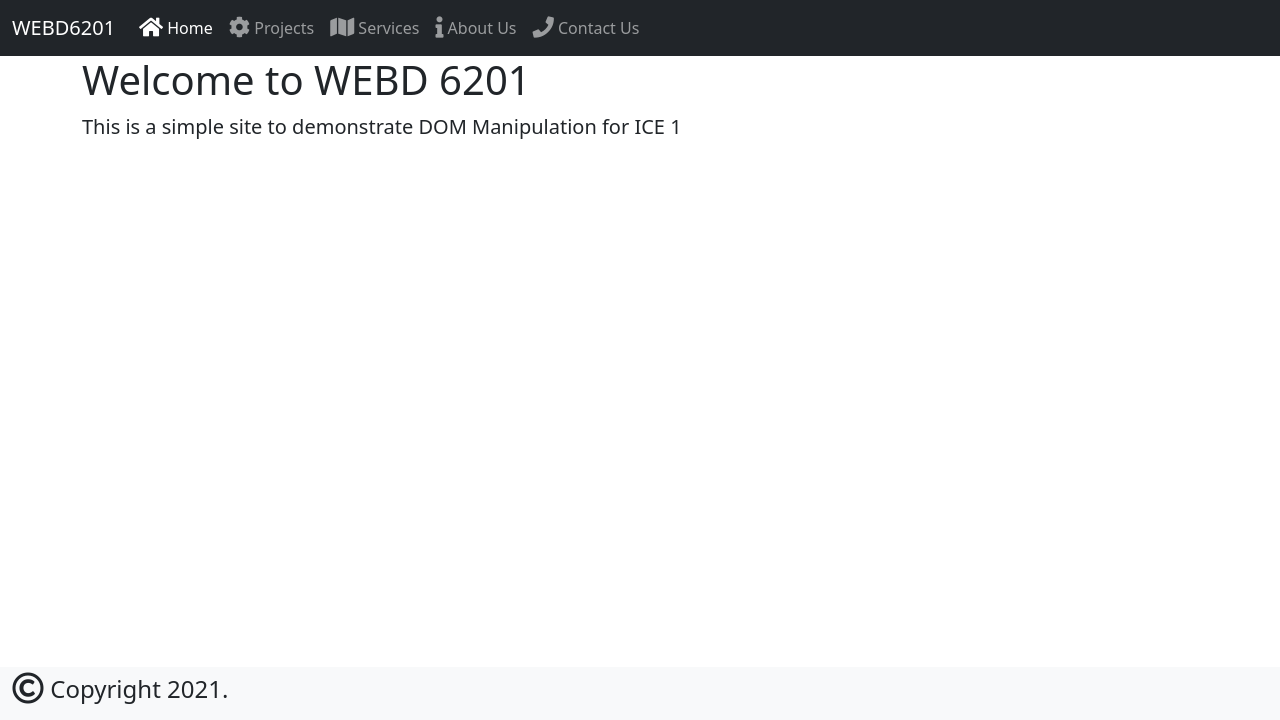
Repository: Sub4Sub/Lab_1
Page: index.html
These files come from the project's save history. The page is drawn as it stood at one moment and after the next save; the edit follows.
The browser window is 1280 px wide. The pictures show the whole page.

Above is the page before, as saved 2021-02-03 18:19:37.

### index.html
<!DOCTYPE html>
<html lang="en">
<head>
    <meta charset="UTF-8">
    <meta name="viewport" content="width=device-width, initial-scale=1.0">
    <title>Home</title>
    <!-- CSS Section -->
    <link rel="stylesheet" href="./node_modules/bootstrap/dist/css/bootstrap.min.css">
    <link rel="stylesheet" href="./node_modules/@fortawesome/fontawesome-free/css/all.min.css">
    <link rel="stylesheet" href="./Content/app.css">
</head>
<body>
    <!-- Main Header -->
    <header>
        <!-- Main Navigation -->
        <nav class="navbar navbar-expand-lg navbar-dark bg-dark">
            <div class="container-fluid">
              <a class="navbar-brand" href="index.html">WEBD6201</a>
              <button class="navbar-toggler" type="button" data-bs-toggle="collapse" data-bs-target="#navbarSupportedContent" aria-controls="navbarSupportedContent" aria-expanded="false" aria-label="Toggle navigation">
                <span class="navbar-toggler-icon"></span>
              </button>
              <div class="collapse navbar-collapse" id="navbarSupportedContent">
                <ul class="navbar-nav me-auto mb-2 mb-lg-0">
                  <li class="nav-item">
                    <a class="nav-link active" aria-current="page" href="index.html"><i class="fas fa-home fa-lg"></i> Home</a>
                  </li>

                  <li class="nav-item">
                    <a class="nav-link" aria-current="page" href="projects.html"><i class="fas fa-cog fa-lg"></i> Projects</a>
                  </li>

                  <li class="nav-item">
                    <a class="nav-link" aria-current="page" href="services.html"><i class="fas fa-map fa-lg"></i> Services</a>
                  </li>

                  <li class="nav-item">
                    <a class="nav-link" aria-current="page" href="about.html"><i class="fas fa-info fa-lg"></i> About Us</a>
                  </li>

                  <li class="nav-item">
                    <a class="nav-link" aria-current="page" href="contact.html"><i class="fas fa-phone fa-lg"></i> Contact Us</a>
                  </li>
                </ul>
              </div>
            </div>
          </nav>
    </header>

    <!-- Main Content -->
    <main class="container">
        <h1>Welcome to WEBD 6201</h1>
        <p id="paragraphOne"></p>
    </main>

    <!-- Main Footer -->
    <footer>
        <nav class="navbar fixed-bottom navbar-light bg-light">
            <div class="container-fluid">
              <h4><i class="far fa-copyright fa-lg"></i> Copyright 2021.</h4>
            </div>
          </nav>
    </footer>

    <!-- Script Section-->
    <script src="./node_modules/jquery/dist/jquery.min.js"></script>
    <script src="./node_modules/bootstrap/dist/js/bootstrap.bundle.min.js"></script>
    <script src="./Scripts/app.js"></script>
</body>
</html>

### Scripts/app.js

"use strict";


(function()
{

    function displayHome()
    {
        let paragraphOneText =
          "This is a simple site to demonstrate DOM Manipulation for ICE 1";

          let paragraphOneElement = document.getElementById("paragraphOne");

        paragraphOneElement.textContent = paragraphOneText;
        paragraphOneElement.className = "fs-5";
    }

    function Start()
    {
        console.log("App Started...");

        switch (document.title)
        {
          case "Home":
              displayHome();
            break;
          case "About":
              displayAbout();
            break;
          case "Projects":
              displayProjects();
            break;
          case "Services":
              displayServices();
            break;
          case "Contact":
              displayContact();
            break;
        }

    }

    window.addEventListener("load", Start);

})();

Loaded but not shown: node_modules/bootstrap/dist/css/bootstrap.min.css (library); node_modules/@fortawesome/fontawesome-free/css/all.min.css (library); node_modules/jquery/dist/jquery.min.js (library); node_modules/bootstrap/dist/js/bootstrap.bundle.min.js (library); Content/app.css (no stored copy; drawn as an empty file)

After the next save:
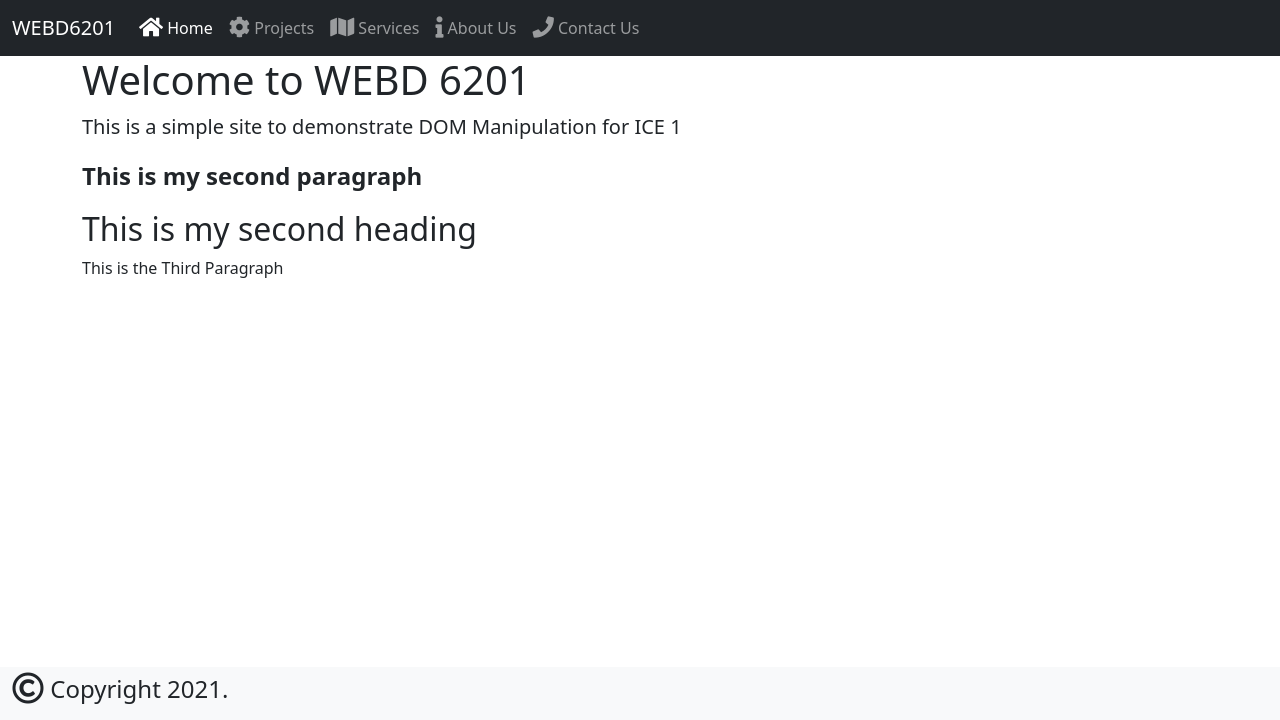
Saved 3 min 14 s later.
--- a/Scripts/app.js
+++ b/Scripts/app.js
@@ -14,6 +14,24 @@
 
         paragraphOneElement.textContent = paragraphOneText;
         paragraphOneElement.className = "fs-5";
+
+        // STEP 1 - Create a new Element
+        let paragraphTwo = document.createElement("p");
+        // STEP 2 - configure the new Element
+        paragraphTwo.setAttribute("id", "paragraphTwo");
+        paragraphTwo.textContent = "This is my second paragraph";
+        paragraphTwo.className = "fs-4 fw-bold";
+        // STEP 3 - Target the Parent Element
+        let mainContent = document.querySelector("main");
+        // STEP 4 - append the new element to the parent
+        mainContent.appendChild(paragraphTwo);
+
+        let newDivTag = document.createElement("div");
+        newDivTag.innerHTML =
+        `<h2>This is my second heading</h2>
+        <p id="paragraphThree"> This is the Third Paragraph </p>`;
+
+        mainContent.append(newDivTag);
     }
 
     function Start()
